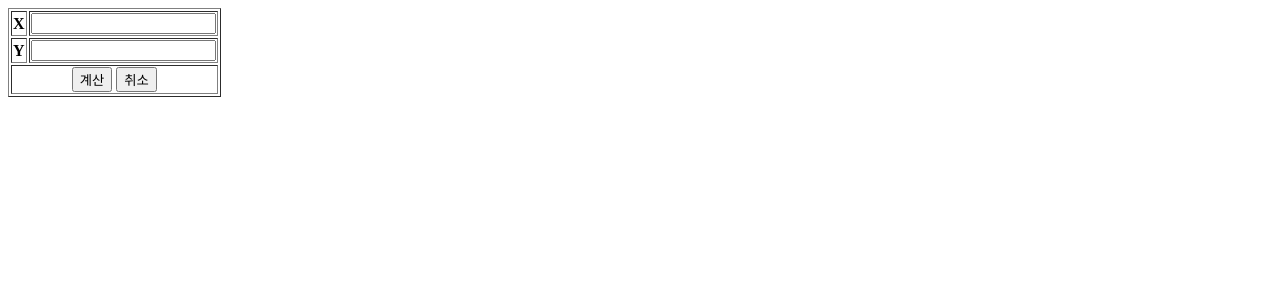
Repository: Choiinhwan11/JAVA
Page: http://localhost/EL_JSTL01/EL/elInput.jsp
These files come from the project's save history. The page is drawn as it stood at one moment and after the next save; the edit follows.
The browser window is 1280 px wide. The pictures show the whole page.
The page is served by Tomcat 9.

Above is the page before, as saved 2024-02-15 02:40:07.

After the next save:
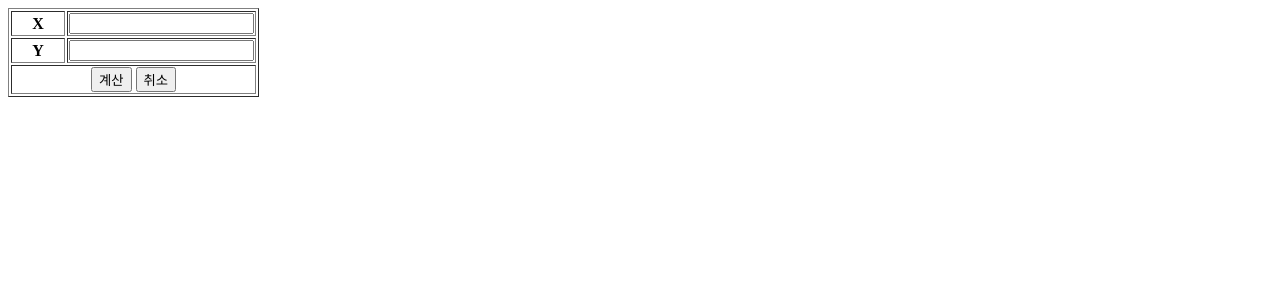
Saved 22 s later.
--- a/Web/workspace/EL_JSTL01/src/main/webapp/EL/elInput.jsp
+++ b/Web/workspace/EL_JSTL01/src/main/webapp/EL/elInput.jsp
@@ -10,7 +10,7 @@
 <form action="elResult.jsp">
 	<table border="1">
 		<tr>
-			<th>X</th>
+			<th width="50">X</th>
 			<td><input type="text" name="X"></td>
 		</tr>
 		<tr>
